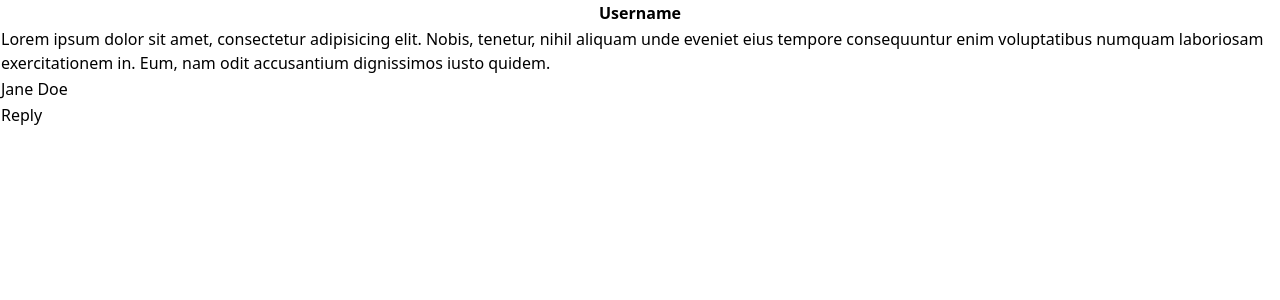
Repository: Yahya9102/Java22-ux22-Sideproject-main
Page: /
The author's editor kept a copy of each file at every save. The page is drawn from the files as they stood at one save, then again after the next save.
The browser window is 1280 px wide. The pictures show the whole page.
The project was rebuilt for these pictures with package versions that can differ from the ones it lists, and the page was loaded fresh each time. The framework's server and built-in components were replaced by stand-ins that run in the browser. Also part of the build but not shown: next.config.js.

Above is the page before, as saved 2023-04-13 10:05:35.

After the next save:
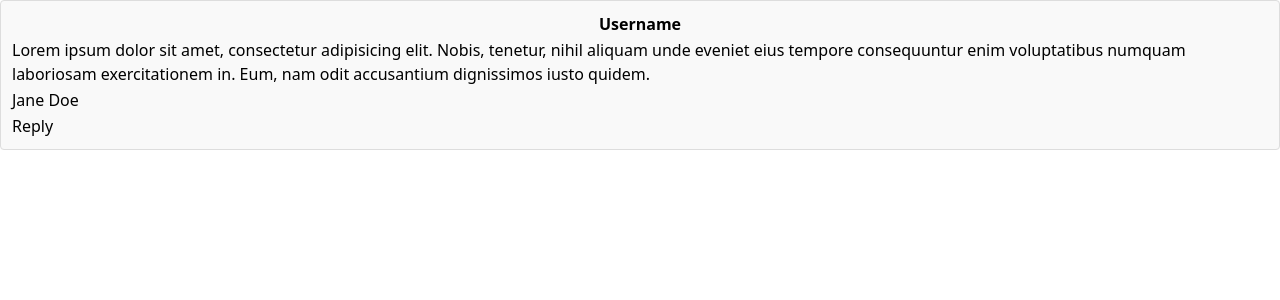
Saved 62 s later.
--- a/p-components/body.tsx
+++ b/p-components/body.tsx
@@ -5,7 +5,7 @@ interface Props {}
 
 const Body: NextPage<Props> = ({}) => {
   return (
-    <fieldset>
+    <fieldset className={styles.fieldset}>
       <table>
         <thead>
           <tr>

After the 4 saves that followed:
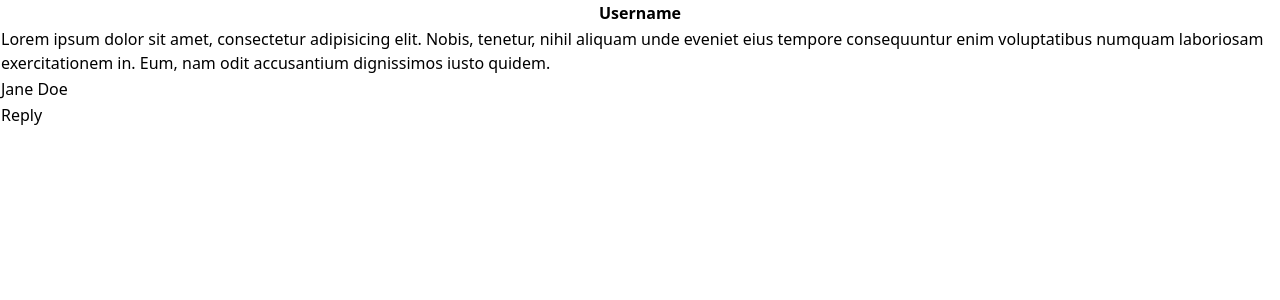
The 4 saves are shown as one change because 3 left the picture as it was.
The last was saved 70 s later.
--- a/p-components/body.tsx
+++ b/p-components/body.tsx
@@ -9,12 +9,12 @@ const Body: NextPage<Props> = ({}) => {
       <table>
         <thead>
           <tr>
-            <th>Username</th>
+            <th className={styles.tableHeader}>Username</th>
           </tr>
         </thead>
         <tbody>
           <tr>
-            <td>
+            <td data-label="Description">
               Lorem ipsum dolor sit amet, consectetur adipisicing elit. Nobis,
               tenetur, nihil aliquam unde eveniet eius tempore consequuntur enim
               voluptatibus numquam laboriosam exercitationem in. Eum, nam odit
@@ -22,7 +22,7 @@ const Body: NextPage<Props> = ({}) => {
             </td>
           </tr>
           <tr>
-            <td>Jane Doe</td>
+            <td data-label="Username">Jane Doe</td>
           </tr>
           <tr>
             <td>
--- a/p-components/styles/body.module.css
+++ b/p-components/styles/body.module.css
@@ -1,5 +1,5 @@
 /* Add a background color and border to the fieldset */
-fieldset {
+.fieldset_body {
   background-color: #f9f9f9;
   border: 1px solid #ddd;
   border-radius: 4px;
